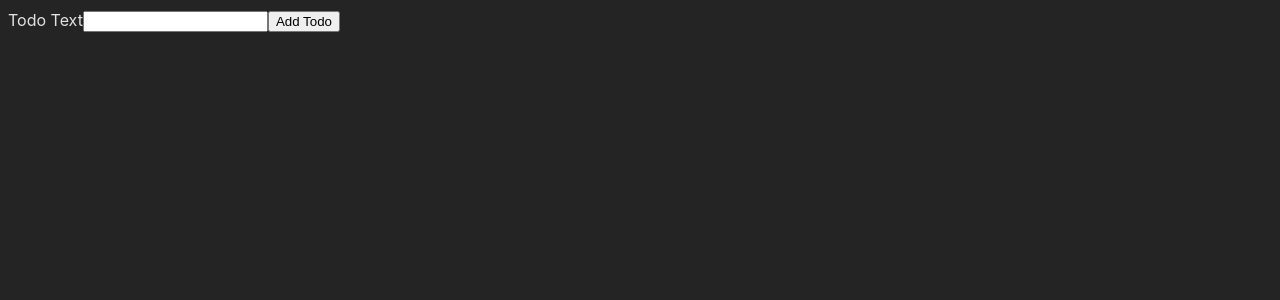
Repository: Hardyy00/React-Start
Page: / (app in React-Typescript-App-with-context-api/)
An editor plug-in stored every save of this project. The page is shown before and after the next save, followed by the edit.
The browser window is 1280 px wide. The pictures show the whole page.
The project was rebuilt for these pictures with package versions that can differ from the ones it lists, and the page was loaded fresh each time. Also part of the build but not shown: React-Typescript-App-with-context-api/vite.config.ts, React-Typescript-App-with-context-api/src/App.css, React-Typescript-App-with-context-api/src/Components/TodoItem.tsx.

Above is the page before, as saved 2024-01-27 13:42:39.

### React-Typescript-App-with-context-api/src/App.tsx
import { useState } from "react";
import "./App.css";
import NewTodo from "./Components/NewTodo";
import Todos from "./Components/Todos";
import Todo from "./Model/todos";

function App() {
  const [todos, setTodos] = useState<Todo[]>([]);

  function addTodo(todo: Todo) {
    setTodos((pre) => [...pre, todo]);
  }
  return (
    <div>
      <NewTodo onAddTodo={addTodo} />
      <Todos items={todos} />
    </div>
  );
}

export default App;

### React-Typescript-App-with-context-api/src/Components/NewTodo.tsx
import React, { useRef } from "react";
import Todo from "../Model/todos";
import classes from "./NewTodo.module.css";

const NewTodo: React.FC<{ onAddTodo: (item: Todo) => void }> = (props) => {
  const inputRef = useRef<HTMLInputElement>(null);
  const submitHandler = (event: React.FormEvent) => {
    event.preventDefault();

    const text = inputRef.current!.value;

    if (text.trim().length == 0) {
      return;
    }

    props.onAddTodo(new Todo(text));
    inputRef.current!.value = "";
  };

  return (
    <form action="" onSubmit={submitHandler}>
      <label htmlFor="text">Todo Text</label>
      <input type="text" id="text" ref={inputRef} />
      <button>Add Todo</button>
    </form>
  );
};

export default NewTodo;

### React-Typescript-App-with-context-api/src/Components/Todos.tsx
import React from "react";
import Todo from "../Model/todos";
import TodoItem from "./TodoItem";
import classes from "./Todos.module.css";

// React.FunctionalComponent Type,and in that type we are defining the type of prop items
const Todos: React.FC<{ items: Todo[] }> = (props) => {
  return (
    <ul className={classes.todos}>
      {props.items.map((item) => (
        <TodoItem todoItem={item} key={item.id} />
      ))}
    </ul>
  );
};

export default Todos;

### React-Typescript-App-with-context-api/src/Components/NewTodo.module.css
.form {
  width: 40rem;
  margin: 2rem auto;
}

.form label {
  display: block;
  font-weight: bold;
  margin-bottom: 0.5rem;
}

.form input {
  display: block;
  width: 100%;
  font: inherit;
  font-size: 1.5rem;
  padding: 0.5rem;
  border-radius: 4px;
  background-color: #f7f5ef;
  border: none;
  border-bottom: 2px solid #494844;
  border-bottom-right-radius: 0;
  border-bottom-left-radius: 0;
  margin-bottom: 0.5rem;
}

.form button {
  font: inherit;
  background-color: #ebb002;
  border: 1px solid #ebb002;
  color: #201d0f;
  padding: 0.5rem 1.5rem;
  border-radius: 4px;
  cursor: pointer;
}

.form button:hover,
.form button:active {
  background-color: #ebc002;
  border-color: #ebc002;
}

Loaded but not shown: React-Typescript-App-with-context-api/index.html (common file); React-Typescript-App-with-context-api/src/main.tsx (common file); React-Typescript-App-with-context-api/src/index.css (common file); React-Typescript-App-with-context-api/src/Model/todos.ts (common file); React-Typescript-App-with-context-api/src/Components/Todos.module.css (common file)

After the next save:
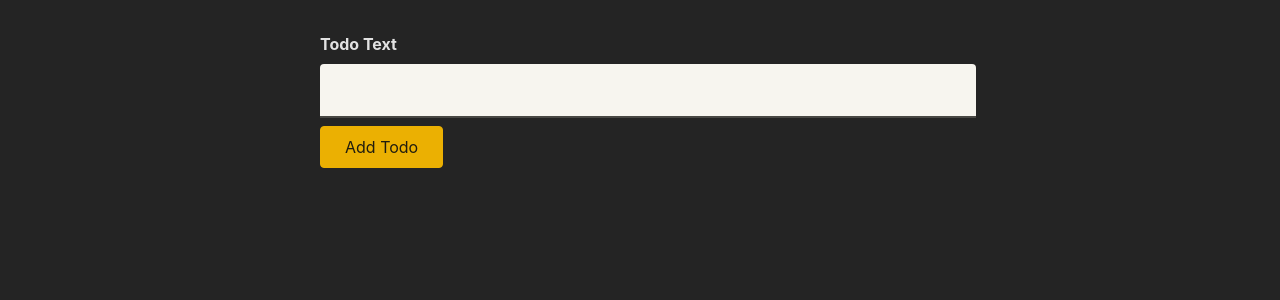
Saved 17 s later.
--- a/React-Typescript-App-with-context-api/src/Components/NewTodo.tsx
+++ b/React-Typescript-App-with-context-api/src/Components/NewTodo.tsx
@@ -18,7 +18,7 @@ const NewTodo: React.FC<{ onAddTodo: (item: Todo) => void }> = (props) => {
   };
 
   return (
-    <form action="" onSubmit={submitHandler}>
+    <form action="" onSubmit={submitHandler} className={classes.form}>
       <label htmlFor="text">Todo Text</label>
       <input type="text" id="text" ref={inputRef} />
       <button>Add Todo</button>
